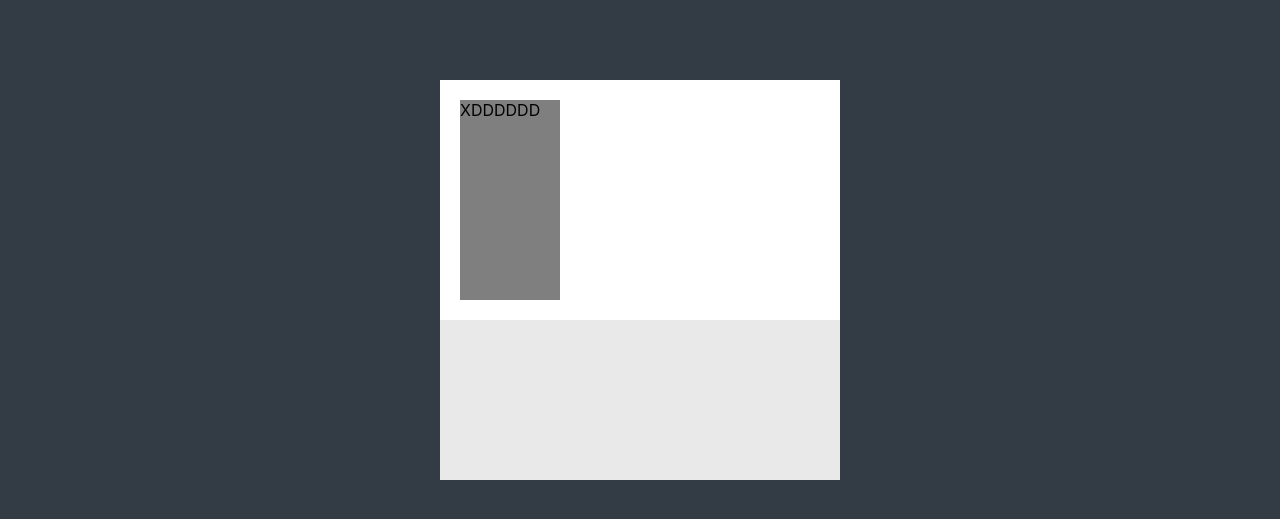
Repository: piookr-wsei/8086
Page: /
These files come from the project's save history. The page is drawn as it stood at one moment and after the next save; the edit follows.
The browser window is 1280 px wide. The pictures show the whole page.
The project was rebuilt for these pictures with package versions that can differ from the ones it lists, and the page was loaded fresh each time.

Above is the page before, as saved 2022-06-16 23:57:57.

### src/App.js
import logo from './logo.svg';
import './App.css';
import { RegWrapper, UiWindow, UiWrapper } from './Components/Components.elements';

function App() {
  return (
    <div className="App">
      <UiWindow>
        <UiWrapper>
          <RegWrapper>XDDDDDD</RegWrapper>

        </UiWrapper>
      </UiWindow>

    </div>
  );
}

export default App;

### src/App.css
body{
  height: 100%;
  background: rgba(1, 10, 22, 0.8);
}
.App {

}

.App-logo {
  height: 40vmin;
  pointer-events: none;
}

@media (prefers-reduced-motion: no-preference) {
  .App-logo {
    animation: App-logo-spin infinite 20s linear;
  }
}

.App-header {
  background-color: #282c34;
  min-height: 100vh;
  display: flex;
  flex-direction: column;
  align-items: center;
  justify-content: center;
  font-size: calc(10px + 2vmin);
  color: white;
}

.App-link {
  color: #61dafb;
}

@keyframes App-logo-spin {
  from {
    transform: rotate(0deg);
  }
  to {
    transform: rotate(360deg);
  }
}

### src/Components/Components.elements.js
import styled from "styled-components";

export const UiWindow = styled.div`
height: 400px;
width: 400px;
background: rgb(233,233,233);
position: relative;
margin: auto;
top: 80px;
`

export const UiWrapper = styled.div`
border: 20px solid transparent;
background: #fff;
`

export const RegWrapper = styled.div`
width: 100px;
min-height: 200px;
background: rgba(0,0,0,0.5);
position: relative;
left: 0;
`

Loaded but not shown: public/index.html (common file); src/index.js (common file); src/index.css (common file); src/reportWebVitals.js (common file)

After the next save:
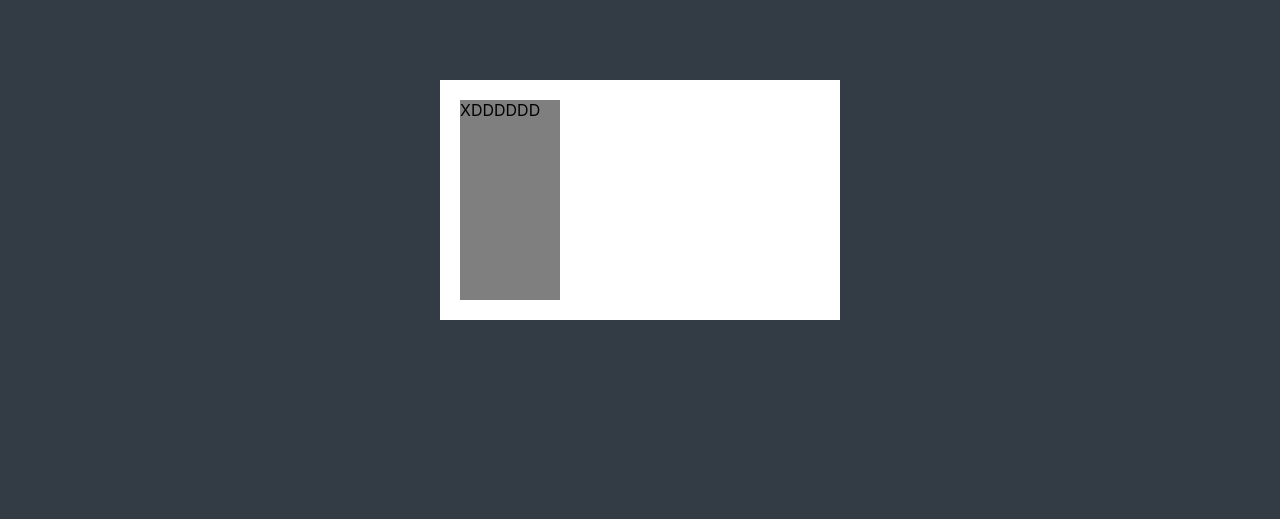
Saved 7 s later.
--- a/src/Components/Components.elements.js
+++ b/src/Components/Components.elements.js
@@ -3,7 +3,7 @@ import styled from "styled-components";
 export const UiWindow = styled.div`
 height: 400px;
 width: 400px;
-background: rgb(233,233,233);
+
 position: relative;
 margin: auto;
 top: 80px;
